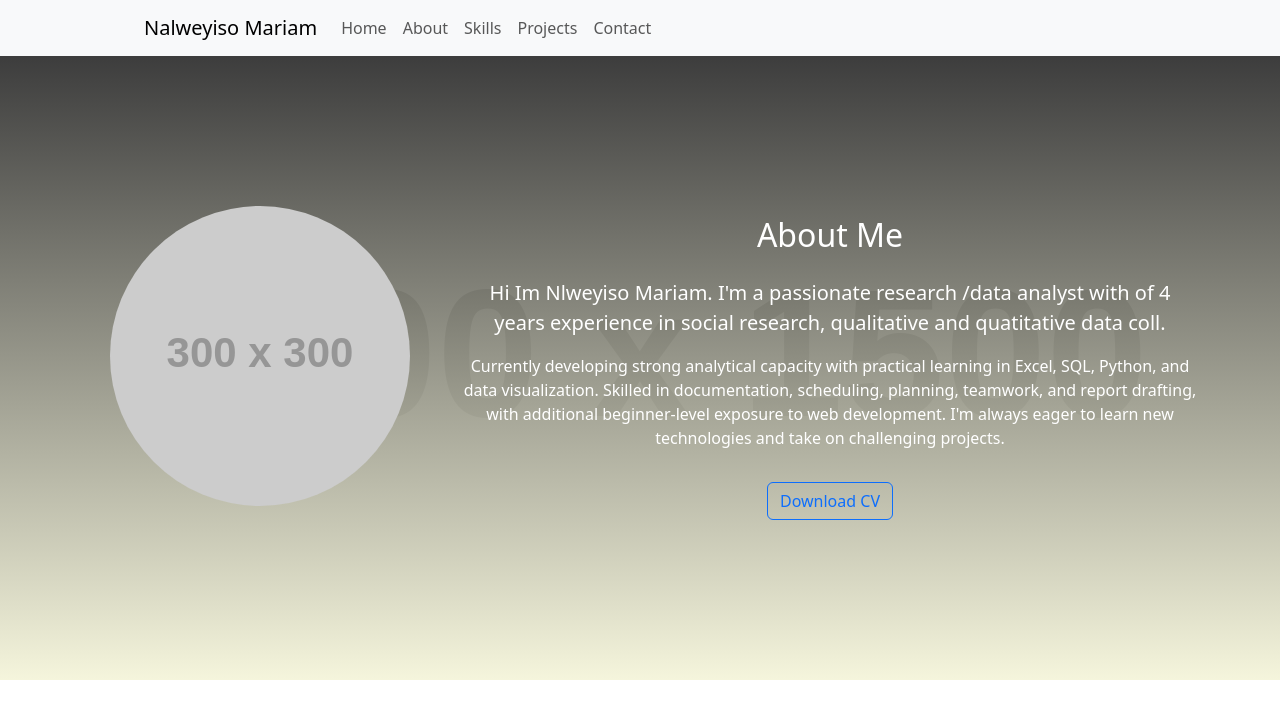
Repository: NalweMari/My-Personal-Portfolio
Page: index.html
An editor plug-in stored every save of this project. The page is shown before and after a run of saves, followed by the edit.
The browser window is 1280 px wide. The pictures show the whole page.

Above is the page before, as saved 2025-11-27 12:48:39.
Console error (its wording comes from the project's code and is left out).

### index.html
<!DOCTYPE html>
<html lang="en">

<head>
    <meta charset="UTF-8">
    <meta name="viewport" content="width=device-width, initial-scale=1.0">
    <title>My Portfolio</title>
    <link rel="stylesheet" href="style.css">
    <!-- Bootstrap CSS -->
    <link href="https://cdn.jsdelivr.net/npm/bootstrap@5.3.0/dist/css/bootstrap.min.css" rel="stylesheet">
    <!-- Font Awesome for icons -->
    <link rel="stylesheet" href="https://cdnjs.cloudflare.com/ajax/libs/font-awesome/6.4.0/css/all.min.css">

</head>

<body>
    <!-- Navigation -->

    <nav class="navbar navbar-expand-lg navbar-light bg-light pink">
        <div class="container me-2">
            <a class="navbar-brand" href="#">Nalweyiso Mariam</a> <button class="navbar-toggler" type="button" data- 6
                toggle="collapse" data-target="#navbarNav" aria-controls="navbarNav" aria-expanded="false"
                aria-label="Toggle navigation"> <span class="navbar-toggler-icon"></span> </button>
            <div class="collapse navbar-collapse" id="navbarNav">
                <ul class="navbar-nav">
                    <a class="nav-link" href="#">Home</a>
                    </li>
                    <li class="nav-item">
                        <a class="nav-link" href="#">About</a>
                    </li>
                    <li class="nav-item">
                        <a class="nav-link" href="#">Skills</a>
                    </li>
                    <li class="nav-item">
                        <a class="nav-link" href="#">Projects</a>
                    </li>
                    <li class="nav-item">
                        <a class="nav-link" href="#">Contact</a>
                    <li class="nav-item active">
                </ul>
            </div>
        </div>
    </nav>

    <!-- Hero Section -->

    <section id="home" class="hero-section text-center">
        <div class="container">
            <div class="row align-items-center">
                <div class="col-md-4 text-center mb-4">
                    <img src="https://via.placeholder.com/300" alt="Profile" class="img-fluid rounded-circle">
                </div>
                <div class="col-md-8">
                    <h2 class="mb-4">About Me</h2>
                    <p class="lead">Hi Im Nlweyiso Mariam. I'm a passionate research /data analyst with of 4 years
                        experience in social research, qualitative and quatitative data coll.</p>
                    <p>Currently developing strong analytical capacity with practical learning in Excel, SQL, Python,
                        and data visualization. Skilled in documentation, scheduling, planning, teamwork, and report
                        drafting, with additional beginner-level exposure to web development. I'm always eager to learn
                        new technologies and take on challenging projects.</p>
                    <a href="#" class="btn btn-outline-primary mt-3">Download CV</a>
                </div>
            </div>
        </div>
        <script src="https://stackpath.bootstrapcdn.com/bootstrap/4.5.2/js/bootstrap.min.js"></script>
</body>

</html>

### Style.css
.hero-section {
  background: linear-gradient(rgba(0, 0, 0, 0.7), beige),
    url("https://via.placeholder.com/1500") center/cover no-repeat;
  color: white;
  padding: 150px 0;
}
.skill-bar {
  height: 20px;
  background-color: #e9ecef;
  border-radius: 5px;
  margin-bottom: 15px;
}
.skill-progress {
  height: 100%;
  border-radius: 5px;
  background-color: #0d6efd;
}
.project-card {
  transition: transform 0.3s;
}
.project-card:hover {
  transform: translateY(-5px);
}

After the next 2 saves:
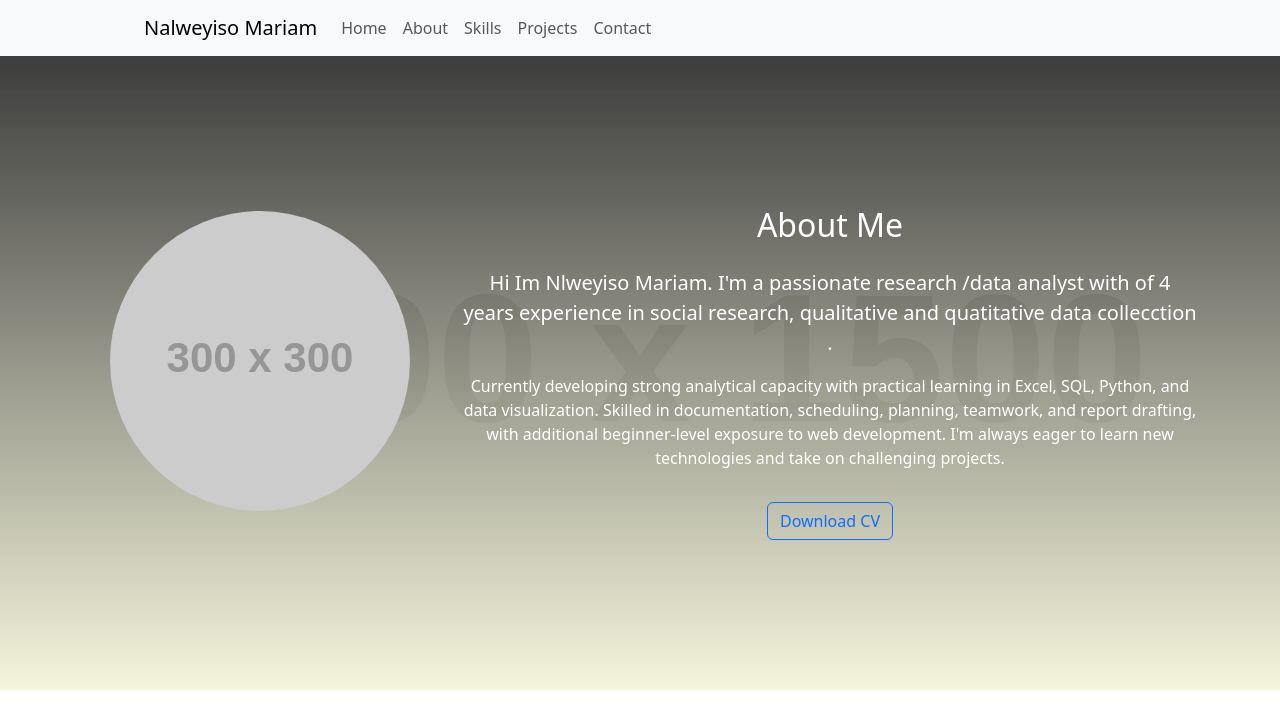
The 2 saves are shown as one change because they came seconds apart.
The last was saved 6 s later.
--- a/index.html
+++ b/index.html
@@ -53,7 +53,7 @@
                 <div class="col-md-8">
                     <h2 class="mb-4">About Me</h2>
                     <p class="lead">Hi Im Nlweyiso Mariam. I'm a passionate research /data analyst with of 4 years
-                        experience in social research, qualitative and quatitative data coll.</p>
+                        experience in social research, qualitative and quatitative data collecction .</p>
                     <p>Currently developing strong analytical capacity with practical learning in Excel, SQL, Python,
                         and data visualization. Skilled in documentation, scheduling, planning, teamwork, and report
                         drafting, with additional beginner-level exposure to web development. I'm always eager to learn
